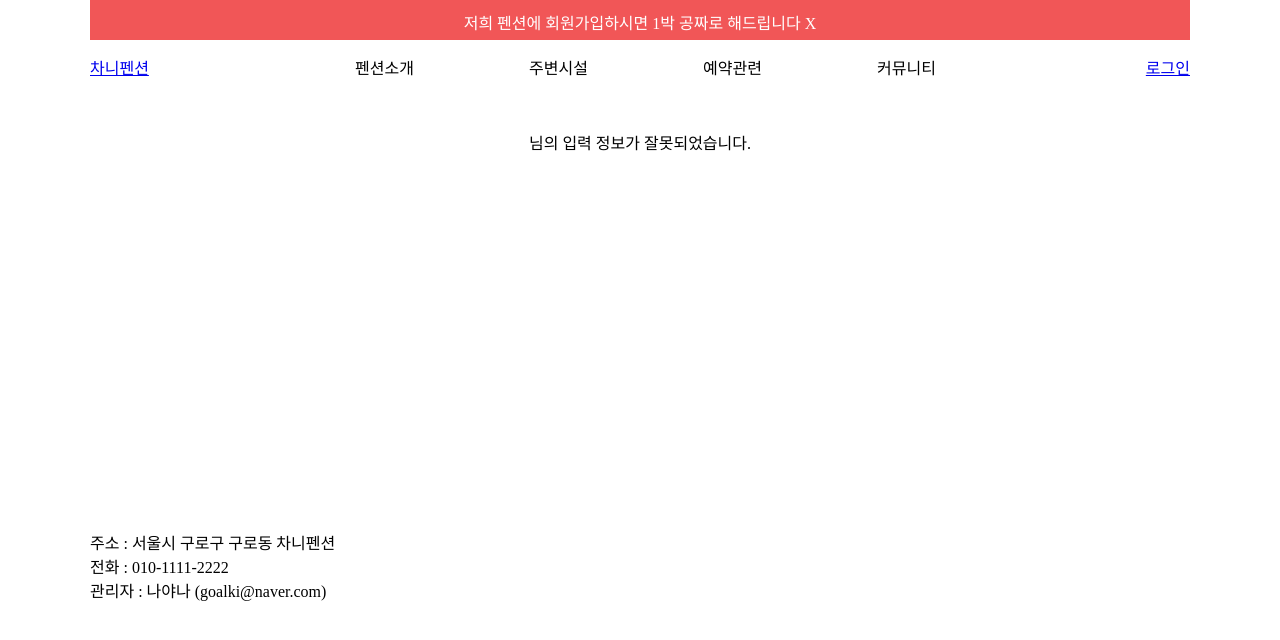
Repository: goalki/pension
Page: http://localhost/pension/login/userid_search_ok.jsp
An editor plug-in stored every save of this project. The page is shown before and after the next save, followed by the edit.
The browser window is 1280 px wide. The pictures show the whole page.
The page is served by Tomcat 9. Other server files are loaded and not shown. Queries for data that is not in the repository find no rows.

Above is the page before, as saved 2021-01-18 06:17:06.

### pension/WebContent/login/userid_search_ok.jsp
<%@ page language="java" contentType="text/html; charset=UTF-8"
    pageEncoding="UTF-8"%>
<%@ include file="../top.jsp" %>
<%@page import="pension.dao.Dao" %>
<%@ taglib prefix="c" uri="http://java.sun.com/jsp/jstl/core" %>
<%
    // 입력값을 가져오기
    request.setCharacterEncoding("utf-8");
    String name=request.getParameter("name");
    String phone=request.getParameter("phone");
    Dao dao=new Dao();
    String userid=dao.userid_search(name, phone);
    pageContext.setAttribute("userid", userid);
    pageContext.setAttribute("name",name);
%>
 <style>
  #section {
    width:1100px;
    height:400px;
    margin:auto;
    text-align:center;
  }
  #section #userid {
    width:600px;
    margin:auto;
    margin-top:30px;
  }
  #section input[type=button] {
    width:150px;
    height:34px;
    background:#f15657;
    color:white;
    font-weight:900;
    border:none;
    margin-top:30px;
  }
   </style>

 <div id="section">
  <c:if test="${userid != 0}">
   <div id="userid"> ${name}님의 아이디 : ${userid} 입니다.</div>
   <div id="button">
     <input type="button" onclick="location='login.jsp'" value="로그인">
     <input type="button" onclick="location='pwd_search.jsp'" value="비밀번호찾기">
   </div>
  </c:if>
  <c:if test="${userid == 0}">
   <div id="userid"> ${name}님의 입력 정보가 잘못되었습니다.  </div>
  </c:if>
 </div>

<%@ include file="../bottom.jsp" %>

### pension/WebContent/top.jsp
<%@ page language="java" contentType="text/html; charset=UTF-8"
    pageEncoding="UTF-8"%>
<%@ taglib prefix="c" uri="http://java.sun.com/jsp/jstl/core" %>

<!DOCTYPE html>
<html>       <!-- index.jsp -->
<head>
<meta charset="UTF-8">
<title>Insert title here</title>
  <style>
    body {
      margin:0px;
    }
    #first {  /* 광고관련 1층 */
      width:1100px;
      height:30px;
      margin:auto;
      background:#f15657;
      text-align:center;
      padding-top:10px;
      color:white;
    }
    #second {  /* 로고, 메뉴 2층 */
      width:1100px;
      height:60px;
      margin:auto;
    }
    #second #left {
      padding-top:15px;
      width:100px;
      float:left;
    }
    #second #right {
      padding-top:15px;
      width:1000px;
      float:right;
      text-align:right;
    }
    #second #right #menu {
      display:inline-block;
      width:170px;
      height:30px; /* 주메뉴의 높이를 줘야 됩니다 */
      position:relative;
    }
    #second #right #menu:last-child {
      width:250px;
    }
    #second #right #menu .sub {
      position:absolute;
      width:120px;
      left:88px;
      top:10px;
      background:white;
      padding-left:0px;
      visibility:hidden;
      padding-top:10px;

    }
    #second #right #menu .sub li {
      list-style-type:none;
      text-align:center; /* 서브메뉴의 글자 중앙 */
    }


  </style>
    <script src="http://code.jquery.com/jquery-latest.js"></script>
  <script>
    function view_sub(n)
    {
    	document.getElementsByClassName("sub")[n].style.visibility="visible";
    }
    function hide_sub(n)
    {
    	document.getElementsByClassName("sub")[n].style.visibility="hidden";
    }

    $(function()
    {
    	$("#ff").click(function()
    	{
    		$("#first").slideUp();

    	});
    });
  </script>
</head>
<body>
  <div id="first">
     저희 펜션에 회원가입하시면  1박 공짜로 해드립니다
   <span id="ff"  style="cursor:pointer"> X </span>
  </div>
  <div id="second">
     <div id="left"> <a href="../main/index.jsp"> 차니펜션 </a></div>
     <div id="right">
        <span id="menu" onmouseenter="view_sub(0)" onmouseleave="hide_sub(0)"> 펜션소개
        <!-- 부메뉴 -->
           <ul class="sub">
            <li> <a href="../sogae/sogae.jsp"> 우리펜션 </a> </li>
            <li> 오시는길 </li>
           </ul>
        </span>
        <span id="menu" onmouseenter="view_sub(1)" onmouseleave="hide_sub(1)"> 주변시설
        <!-- 부메뉴 -->
           <ul class="sub">
            <li> 만리포 </li>
            <li> 연포</li>
            <li> 채석정 </li>
           </ul>
        </span>
        <span id="menu" onmouseenter="view_sub(2)" onmouseleave="hide_sub(2)"> 예약관련
         <!-- 부메뉴 -->
           <ul class="sub">
            <li>  예약 규정 </a> </li>
            <li> <a href="../reserve/reserve.jsp"> 실시간 예약 </a> </li>
           </ul>
        </span>
        <span id="menu" onmouseenter="view_sub(3)" onmouseleave="hide_sub(3)"> 커뮤니티
        <!-- 부메뉴 -->
           <ul class="sub">
            <li> 여행 후기 </li>
            <li> 자유게시판 </li>
           </ul>
        </span>
        <span id="menu">
          <c:if test="${userid == null}">
           <a href="../login/login.jsp"> 로그인 </a>
          </c:if>
          <c:if test="${userid != null}">
            ${name}님!! <a href="../mypage/mypage.jsp"> 내정보 </a>  <a href="../login/logout.jsp"> 로그아웃 </a>
          </c:if>
        </span>
    </div>
  </div>
  <!-- 여기까지 1층과 2층  top.jsp -->

### pension/WebContent/bottom.jsp
<%@ page language="java" contentType="text/html; charset=UTF-8"
    pageEncoding="UTF-8"%>
 <style>
 #fifth {     /* 펜션소개 5층 */
      width:1100px;
      height:100px;
      margin:auto;
    }
 </style>
<!-- 여기부터 5층 => bottom.jsp -->
  <div id="fifth">
    주소 : 서울시 구로구 구로동 차니펜션 <br>
    전화 : 010-1111-2222 <br>
    관리자 : 나야나  (goalki@naver.com) <br>
  </div>

</body>
</html>

### pension/src/pension/dao/Dao.java
package pension.dao;

import java.sql.*;
import java.time.LocalDate;
import java.util.ArrayList;

import pension.dto.MemberDto;
import pension.dto.ReserveDto;
import pension.dto.RoomDto;

public class Dao {

	String db="jdbc:mysql://localhost:3306/pension";
	String userid="root";
    String pw="1234";
    Connection conn;
	public Dao() throws ClassNotFoundException, SQLException
	{
		Class.forName("com.mysql.jdbc.Driver"); // 기능은 무조건 메소드내에서 실행
		conn=DriverManager.getConnection(db,userid,pw);
	}
	// room 테이블의 전체내용을 가져오기
    public ArrayList<RoomDto> get_room() throws SQLException
    {
    	String sql="select name,id from room order by price asc";
    	Statement stmt=conn.createStatement();
    	ResultSet rs=stmt.executeQuery(sql);
    	ArrayList<RoomDto> list=new ArrayList<RoomDto>();
    	while(rs.next())
    	{
    		RoomDto rdto=new RoomDto();
    		rdto.setId(rs.getInt("id"));
    		rdto.setName(rs.getString("name"));
    		list.add(rdto);
    	}
    	/*
    	String sql="select name from room order by price asc";
    	Statement stmt=conn.createStatement();
    	ResultSet rs=stmt.executeQuery(sql);
    	ArrayList<String> list=new ArrayList<String>();
    	while(rs.next())
    	{
    		list.add(rs.getString("name"));
    	}
    	*/
    	return list;
    }

    // 사용자가 선택한 방의 정보를 가져오기
    public RoomDto select_room(String id) throws SQLException
    {
    	String sql="select * from room where id="+id;
    	Statement stmt=conn.createStatement();
    	ResultSet rs=stmt.executeQuery(sql);
    	rs.next();
    	RoomDto rdto=new RoomDto();
    	rdto.setId(rs.getInt("id"));
    	rdto.setName(rs.getString("name"));
    	rdto.setMax(rs.getInt("max"));
    	rdto.setMin(rs.getInt("min"));
    	rdto.setPrice(rs.getInt("price"));

    	return rdto;
    }

    public void insert(ReserveDto rdto,String userid) throws SQLException // reserve테이블에 입력값을 넣기
    {
    	// 쿼리 생성
    	String outday="date_add('"+rdto.getInday()+"', interval "+rdto.getSuk()+" day)";
    	String sql="insert into reserve(rid,name,phone,inday,outday";
    	sql=sql+",inwon1,inwon2,inwon3,bbq,pork,suk_price,etc_price,tot_price,writeday,userid) ";
    	sql=sql+" values(?,?,?,?,"+outday+",?,?,?,?,?,?,?,?,now(),?)";

    	// date_add('2021-01-05',interval 숙박일 day);
    	PreparedStatement pstmt=conn.prepareStatement(sql);
    	pstmt.setInt(1, rdto.getRid());
    	pstmt.setString(2, rdto.getName());
    	pstmt.setString(3, rdto.getPhone());
    	pstmt.setString(4, rdto.getInday());
    	//pstmt.setString(5, outday);
    	pstmt.setInt(5, rdto.getInwon1());
    	pstmt.setInt(6, rdto.getInwon2());
    	pstmt.setInt(7, rdto.getInwon3());
    	pstmt.setInt(8, rdto.getBbq());
    	pstmt.setInt(9, rdto.getPork());
    	pstmt.setInt(10, rdto.getSuk_price());
    	pstmt.setInt(11, rdto.getEtc_price());
    	pstmt.setInt(12, rdto.getTot_price());
    	pstmt.setString(13, userid);
    	pstmt.executeUpdate();
    	//System.out.println(pstmt.toString());
    	conn.close();
    }

    public ReserveDto get_reserve(String userid) throws SQLException // 방금 예약한 정보를 가져오는 메소드(1개의 레코드)
    {
    	String sql="select * from reserve where userid='"+userid+"' order by id desc limit 1";
    	Statement stmt=conn.createStatement();
    	ResultSet rs=stmt.executeQuery(sql);
    	rs.next();
    	ReserveDto rdto=new ReserveDto();
    	rdto.setId(rs.getInt("id"));
    	rdto.setRid(rs.getInt("rid"));
    	rdto.setName(rs.getString("name"));
    	rdto.setPhone(rs.getString("phone"));
    	rdto.setInday(rs.getString("inday"));
    	rdto.setOutday(rs.getString("outday"));
    	rdto.setInwon1(rs.getInt("inwon1"));
    	rdto.setInwon2(rs.getInt("inwon2"));
    	rdto.setInwon3(rs.getInt("inwon3"));
    	rdto.setBbq(rs.getInt("bbq"));
    	rdto.setPork(rs.getInt("pork"));
    	rdto.setSuk_price(rs.getInt("suk_price"));
    	rdto.setEtc_price(rs.getInt("etc_price"));
    	rdto.setTot_price(rs.getInt("tot_price"));
    	rdto.setWriteday(rs.getString("writeday"));

    	// 방이름 가져오기
    	sql="select name from room where id="+rdto.getRid();
    	rs=stmt.executeQuery(sql);
    	rs.next();
    	rdto.setRoomname(rs.getString("name"));
    	return rdto;

    }

    public int room_state(String rid, String xday) throws SQLException// y-m-d형태의 값과 room의 id(rid)값을 받아서 예약이 되었는지를 int값으로 가져온다..
    {
    	String sql="select count(*) as cnt from reserve where inday <= ?  and outday > ? and rid=? ";
    	PreparedStatement pstmt=conn.prepareStatement(sql);
    	pstmt.setString(1, xday);
    	pstmt.setString(2, xday);
    	pstmt.setString(3, rid);
    	ResultSet rs=pstmt.executeQuery();
    	rs.next();

    	return rs.getInt("cnt");
    }

    public int suk_check(String y,String m, String d, String rid) throws SQLException
    {
        int yy=Integer.parseInt(y);
        int mm=Integer.parseInt(m);
        int dd=Integer.parseInt(d);
    	LocalDate inday=LocalDate.of(yy, mm, dd);
    	int chk=0;

    	for(int i=1;i<=8;i++)
    	{
    	  LocalDate xday=inday.plusDays(i);
    	  chk=i;
    	  String sql="select * from reserve where inday <= ? and outday > ? and rid=?";
    	  PreparedStatement pstmt=conn.prepareStatement(sql);
          pstmt.setString(1, xday.toString());
          pstmt.setString(2, xday.toString());
          pstmt.setString(3, rid);

    	  ResultSet rs=pstmt.executeQuery();
          if(rs.next())  // 레코드 있으면 true, 없으면 false
          {
        	break;// 멈춘다!!
          }

    	} // for문의 끝

    	return chk; // 몇박을 나타낼지!!
    }

    public void member_ok(MemberDto mdto) throws SQLException
    {
    	String sql="insert into member(name,userid,pwd,phone,writeday) ";
    	sql=sql+" values(?,?,?,?,now())";
    	PreparedStatement pstmt=conn.prepareStatement(sql);
        pstmt.setString(1, mdto.getName());
        pstmt.setString(2, mdto.getUserid());
        pstmt.setString(3, mdto.getPwd());
        pstmt.setString(4, mdto.getPhone());

        pstmt.executeUpdate();

        conn.close();

    }

    public boolean ismember(String userid, String pwd) throws SQLException // 회원인지 아닌지  true, false
    {
    	String sql="select * from member where userid=? and pwd=?";
    	PreparedStatement pstmt=conn.prepareStatement(sql);
    	pstmt.setString(1, userid);
    	pstmt.setString(2, pwd);

    	ResultSet rs=pstmt.executeQuery(); // 레코드가 있든지, 없든지

		/*
		 * if(rs.next()) return true; else return false;
		 */
    	return rs.next();
    }

    public int isuserid(String userid) throws SQLException
    {
    	String sql="select count(*) as num from member where userid='"+userid+"'";
    	Statement stmt=conn.createStatement();
    	ResultSet rs=stmt.executeQuery(sql);
    	rs.next();
    	// 아이디가 존재하면 1, 아니면 0
    	return rs.getInt("num");
    }

    public MemberDto mypage(String userid) throws SQLException
    {
    	String sql="select * from member where userid='"+userid+"'";
    	Statement stmt=conn.createStatement();
    	ResultSet rs=stmt.executeQuery(sql);
    	rs.next();
    	MemberDto mdto=new MemberDto();
    	mdto.setName(rs.getString("name"));
    	mdto.setPhone(rs.getString("phone"));

    	return mdto;
    }

    public ArrayList<ReserveDto> my_reserve(String userid) throws SQLException
    {
    	String sql="select r2.name,r1.inday,r1.outday,r1.bbq,r1.pork";
    	sql=sql+",r1.writeday from reserve as r1, room as r2 ";
    	sql=sql+" where r1.rid=r2.id and userid='"+userid+"'";
    	System.out.println(sql);
    	Statement stmt=conn.createStatement();
    	ResultSet rs=stmt.executeQuery(sql);
    	ArrayList<ReserveDto> list=new ArrayList<ReserveDto>();
    	while(rs.next())
    	{
    	  ReserveDto rdto=new ReserveDto();
    	  rdto.setRoomname(rs.getString("name"));
    	  rdto.setInday(rs.getString("inday"));
    	  rdto.setOutday(rs.getString("outday"));
       	  rdto.setBbq(rs.getInt("bbq"));
    	  rdto.setPork(rs.getInt("pork"));
    	  rdto.setWriteday(rs.getString("writeday"));

    	  list.add(rdto);
    	}

    	return list;
    }

    public String get_name(String userid) throws SQLException
    {
    	String sql="select name from member where userid='"+userid+"'";
    	Statement stmt=conn.createStatement();
    	ResultSet rs=stmt.executeQuery(sql);
    	rs.next();
    	return rs.getString("name");
    }

    // 아이디찾기
    public String userid_search(String name, String phone) throws SQLException
    {
    	String sql="select userid from member where name=? and phone=?";
    	PreparedStatement pstmt=conn.prepareStatement(sql);
    	pstmt.setString(1, name);
    	pstmt.setString(2, phone);
    	ResultSet rs=pstmt.executeQuery();
    	if(rs.next())
    	{
    		return rs.getString("userid");
    	}
    	else
    	{
    		return "0";
    	}

    }

    // 비밀번호 찾기
    public String pwd_search(String userid, String name, String phone) throws SQLException
    {
    	String sql="select pwd from member where name=? and phone=? and userid=?";
    	PreparedStatement pstmt=conn.prepareStatement(sql);
    	pstmt.setString(1, name);
    	pstmt.setString(2, phone);
    	pstmt.setString(3, userid);
    	ResultSet rs=pstmt.executeQuery();
    	if(rs.next())
    	{
    		return rs.getString("pwd");
    	}
    	else
    	{
    		return "0";
    	}
    }
}

After the next save:
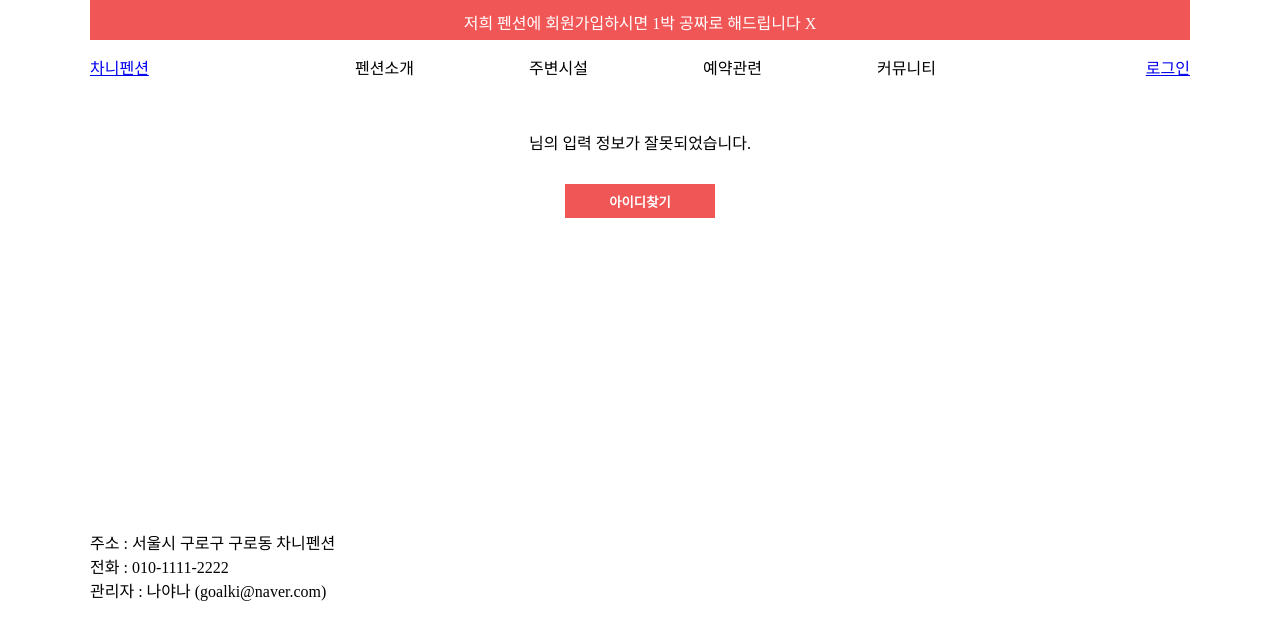
Saved 107 s later.
--- a/pension/WebContent/login/userid_search_ok.jsp
+++ b/pension/WebContent/login/userid_search_ok.jsp
@@ -46,6 +46,7 @@
   </c:if>
   <c:if test="${userid == 0}">
    <div id="userid"> ${name}님의 입력 정보가 잘못되었습니다.  </div>
+   <div id="button"> <input type="button" onclick="location='userid_search.jsp'" value="아이디찾기">  </div>
   </c:if>
  </div>
 
